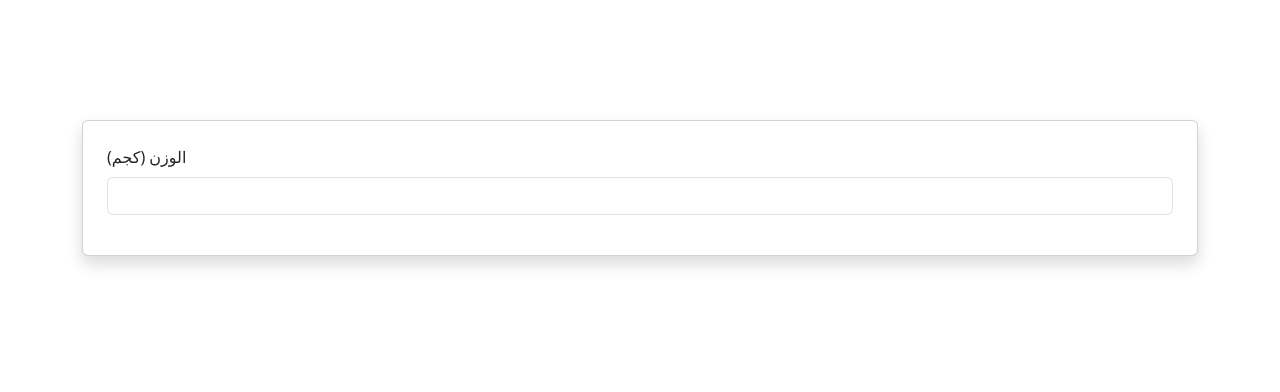
Repository: RAMADAN975/react-bmi-calculator
Page: /
An editor plug-in stored every save of this project. The page is shown before and after the next save, followed by the edit.
The browser window is 1280 px wide. The pictures show the whole page.
The project was rebuilt for these pictures with package versions that can differ from the ones it lists, and the page was loaded fresh each time. Also part of the build but not shown: vite.config.js, src/App.css.

Above is the page before, as saved 2026-03-25 22:36:48.

### index.html
<!doctype html>
<html lang="en">
  <head>
    <meta charset="UTF-8" />
    <link rel="icon" type="image/svg+xml" href="/favicon.svg" />
    <meta name="viewport" content="width=device-width, initial-scale=1.0" />
    <title>bmi-master</title>
  </head>
  <body>
    <div id="root"></div>
    <script type="module" src="/src/main.jsx"></script>
  </body>
</html>

### src/App.jsx
import React, { useEffect, useState } from 'react'
import './App.css'

const App = () => {

  const [weight, setWeight] = useState('')
  const [height, setHeight] = useState('')
  const [bmi, setBmi] = useState(null)
  const [status, setStatus] = useState('')

  const [history, setHistory] = useState(() => {
    const savedData = localStorage.getItem('fitTrack_history')
    return savedData ? JSON.parse(savedData) : [];
  })

  useEffect(() => {
    localStorage.setItem("fitTrack_history", JSON.stringify(history))
  }, [history])

  const handleCalculate = (e) => {
    e.preventDefault()

    const w = parseFloat(weight)
    const h = parseFloat(height)

    if (!w || !h || w <= 0 || h <= 0) {
      alert('أدخل قيم صحيحة')
      return
    }

    const bmiNumber = w / (h * h)
    const bmiValue = bmiNumber.toFixed(1)

    setBmi(bmiValue)

    let currentStatus = ''

    if (bmiNumber < 18.5) currentStatus = 'نحافة'
    if (bmiNumber < 25) currentStatus = 'وزنك مثالي'
    if (bmiNumber < 30) currentStatus = 'زيادة وزن'

    setStatus(currentStatus)

    const newEntry = {
      id: Date.now(),
      val: bmiValue,
      stat: currentStatus,
      date: new Date().toLocaleDateString('ar-EG')
    }

    const clearHistory = () => {
      if (window.confirm("هل أنت متأكد من مسح جميع البيانات؟"))
        setHistory([])
    }
  }

  return (
    <div className='app-wrapper container py-5'>

      <h1 className='text-center text-white mb-4'>FitTrack Pro 2026</h1>

      <form onSubmit={handleCalculate} className='card p-4 shadow'>
        <div className="mb-3">
          <label className="form-label">الوزن (كجم)</label>
          <input
            type="number"
            className="form-control"
            value={weight}
            onChange={(e) => setWeight(e.target.value)}
          />
        </div>

      </form>

    </div>
  )
}

export default App

Loaded but not shown: src/main.jsx (common file)

After the next save:
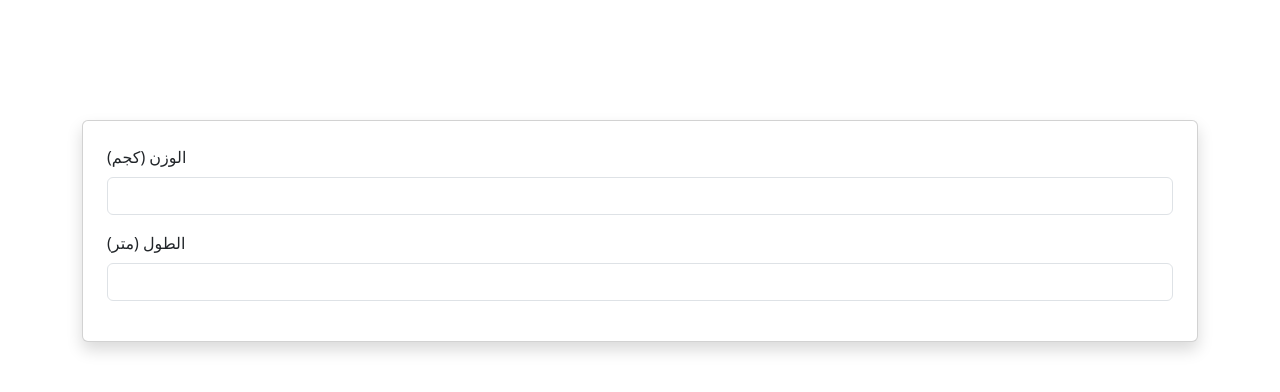
Saved 28 s later.
--- a/src/App.jsx
+++ b/src/App.jsx
@@ -70,6 +70,17 @@
           />
         </div>
 
+        <div className="mb-3">
+          <label className="form-label">الطول (متر)</label>
+          <input
+            type="number"
+            step="0.01"
+            className="form-control"
+            value={height}
+            onChange={(e) => setHeight(e.target.value)}
+          />
+        </div>
+
       </form>
 
     </div>
